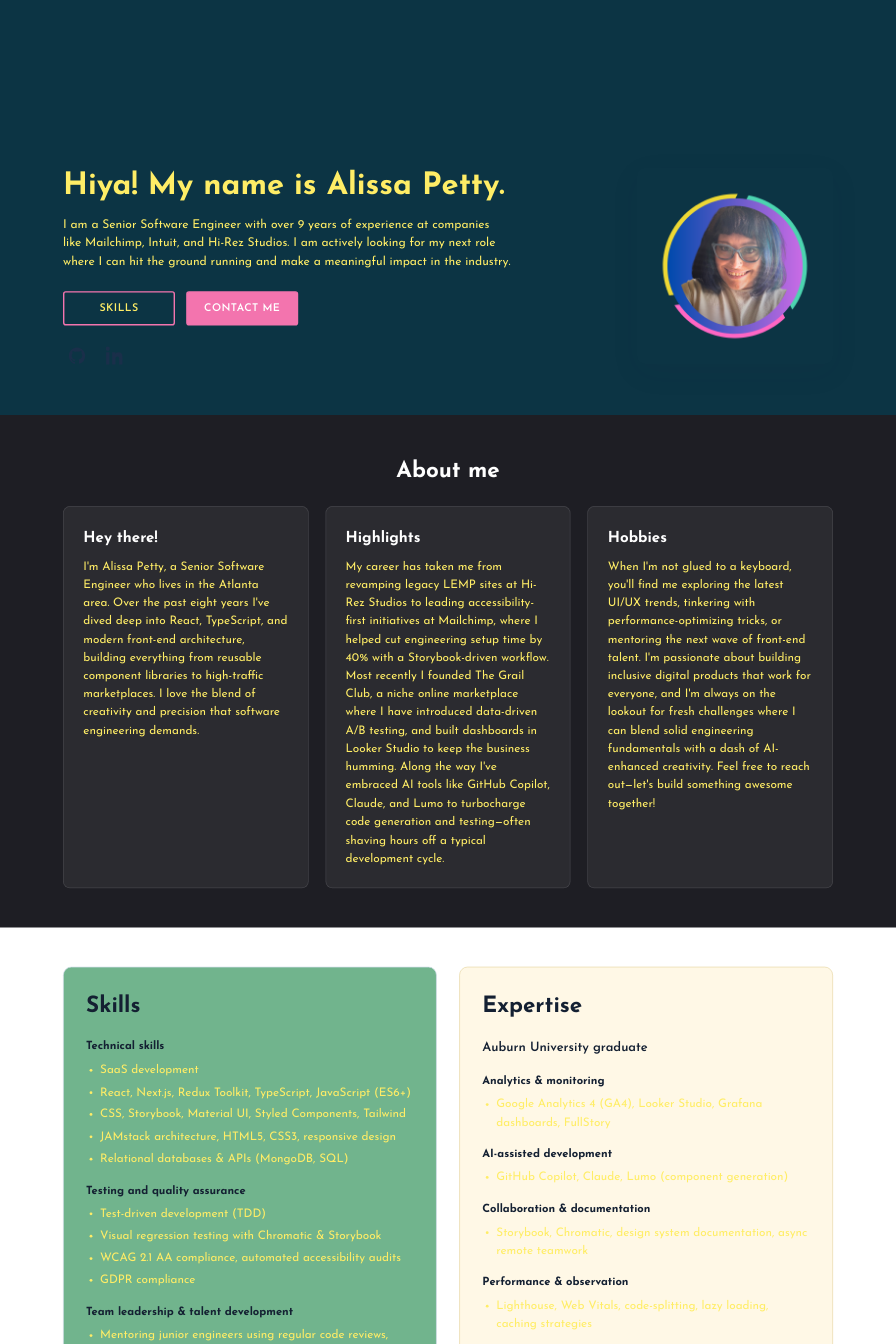
Repository: AlissaSPetty/alissa-petty-com
Page: /
These files come from the project's save history. The page is drawn as it stood at one moment and after the next save; the edit follows.
The browser window is 1280 px wide. The pictures show the part of the page from y = 0 to 1920 px (the page is 4285 px tall), at 70% of full size.
The project was rebuilt for these pictures with package versions that can differ from the ones it lists, and the page was loaded fresh each time. Also part of the build but not shown: vite.config.ts, src/legal.css, src/pages/LegalPage.tsx.

Above is the page before, as saved 2026-05-03 18:00:41.

After the next save:
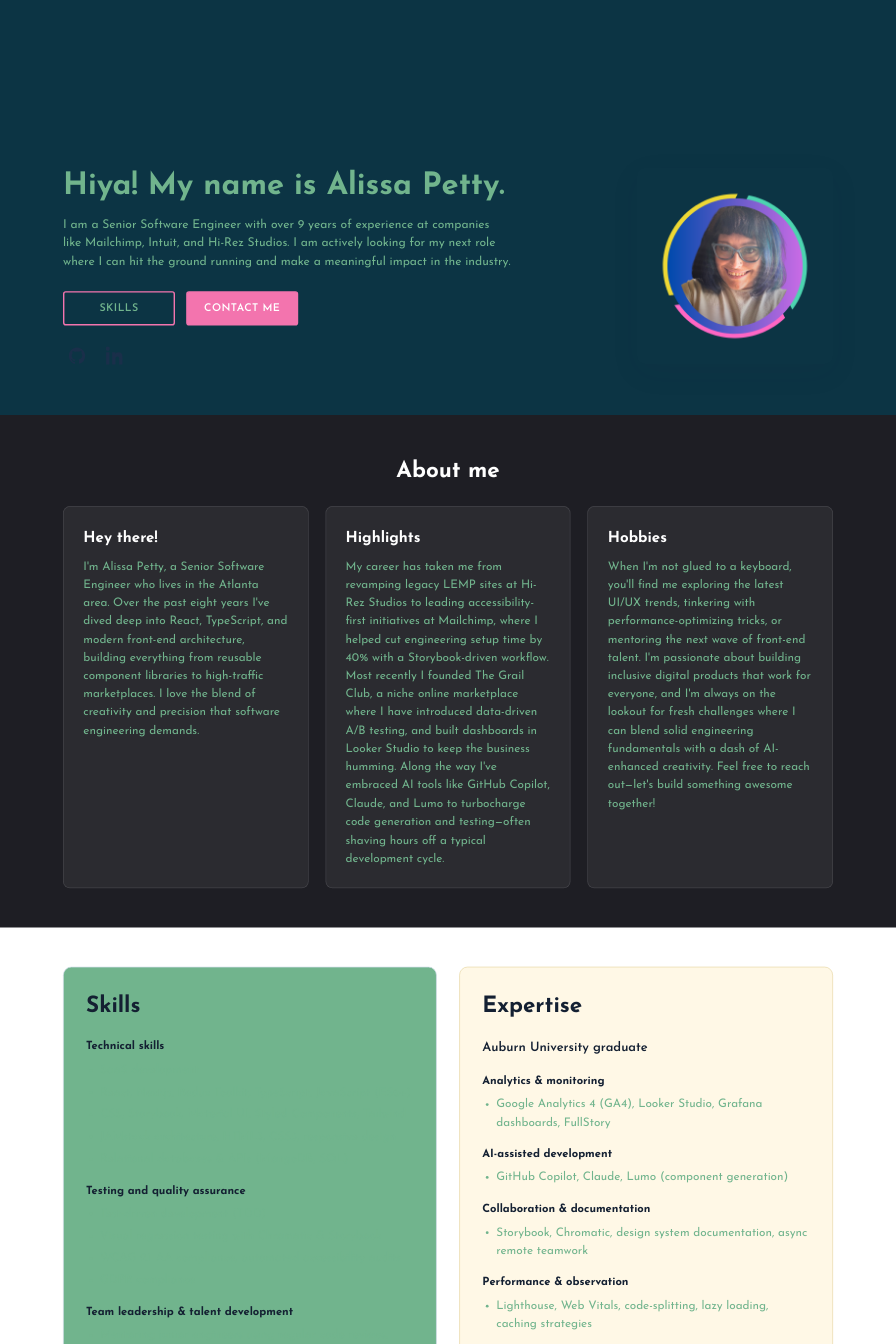
Saved 52 s later.
--- a/src/index.css
+++ b/src/index.css
@@ -13,7 +13,7 @@
   --footer-text: #1e1e24;
   --heading: #142032;
   --text: #3d4a5c;
-  --text-on-dark: #ffed66;
+  --text-on-dark: #71b48d;
   --link: #71b48d;
   --border: #d5deeb;
   --shadow: 0 12px 40px rgba(20, 36, 58, 0.08);
